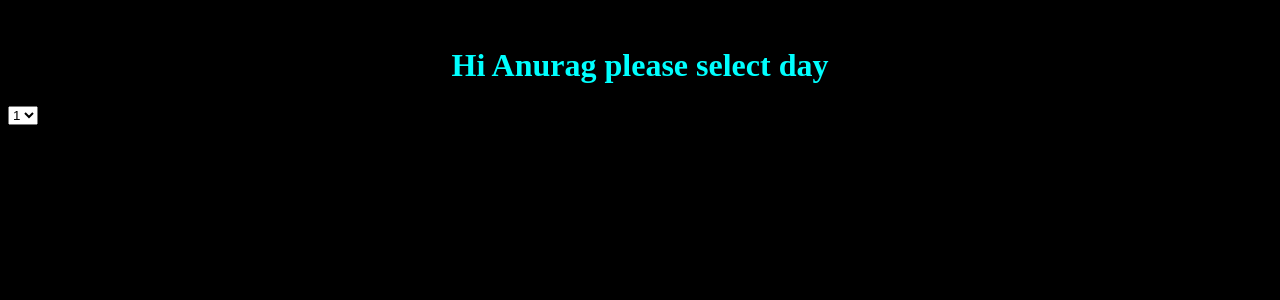
Repository: parveen95887/salesforceTest
Page: index.html
An editor plug-in stored every save of this project. The page is shown before and after the next save, followed by the edit.
The browser window is 1280 px wide. The pictures show the whole page.

Above is the page before, as saved 2024-08-27 16:37:53.

After the next save:
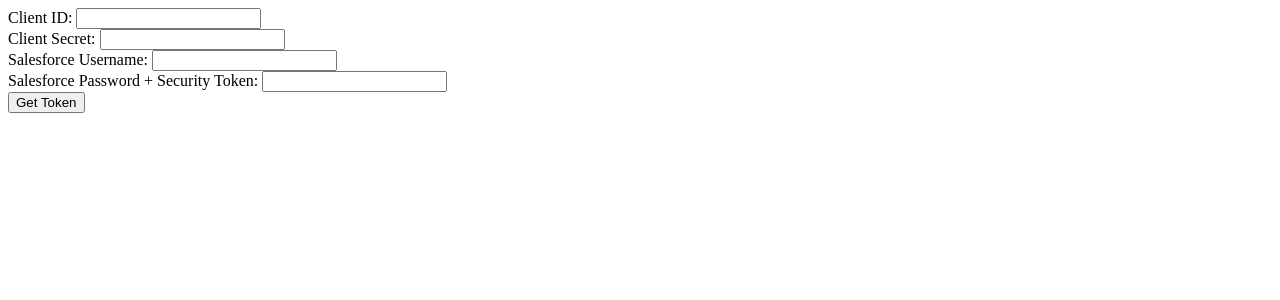
Saved 9 days later.
--- a/index.html
+++ b/index.html
@@ -1,23 +1,30 @@
+
 <!DOCTYPE html>
 <html lang="en">
 <head>
     <meta charset="UTF-8">
     <meta name="viewport" content="width=device-width, initial-scale=1.0">
     <title>Document</title>
-    <link rel="stylesheet" href="style.css">
 </head>
 <body>
-    h1
-    <h1 id="heading">Hi Anurag please select day</h1>
-    <script src="myscript.js"></script>
-    <select id="selday">
-        <option value="1">1</option>
-        <option value="2">2</option>
-        <option value="3">3</option>
-        <option value="4">4</option>
-        <option value="5">5</option>
-        <option value="6">6</option>
-        <option value="7">7</option>
-    </select>
+
+    <form id="oauthForm" action="https://login.salesforce.com/services/oauth2/token" method="POST">
+        <input type="hidden" name="grant_type" value="password" />
+        <label for="client_id">Client ID:</label>
+        <input type="text" id="client_id" name="client_id" required /><br>
+
+        <label for="client_secret">Client Secret:</label>
+        <input type="password" id="client_secret" name="client_secret" required /><br>
+
+        <label for="username">Salesforce Username:</label>
+        <input type="text" id="username" name="username" required /><br>
+
+        <label for="password">Salesforce Password + Security Token:</label>
+        <input type="password" id="password" name="password" required /><br>
+
+        <input type="submit" value="Get Token" />
+    </form>
+<script>
+</script>
 </body>
 </html>
